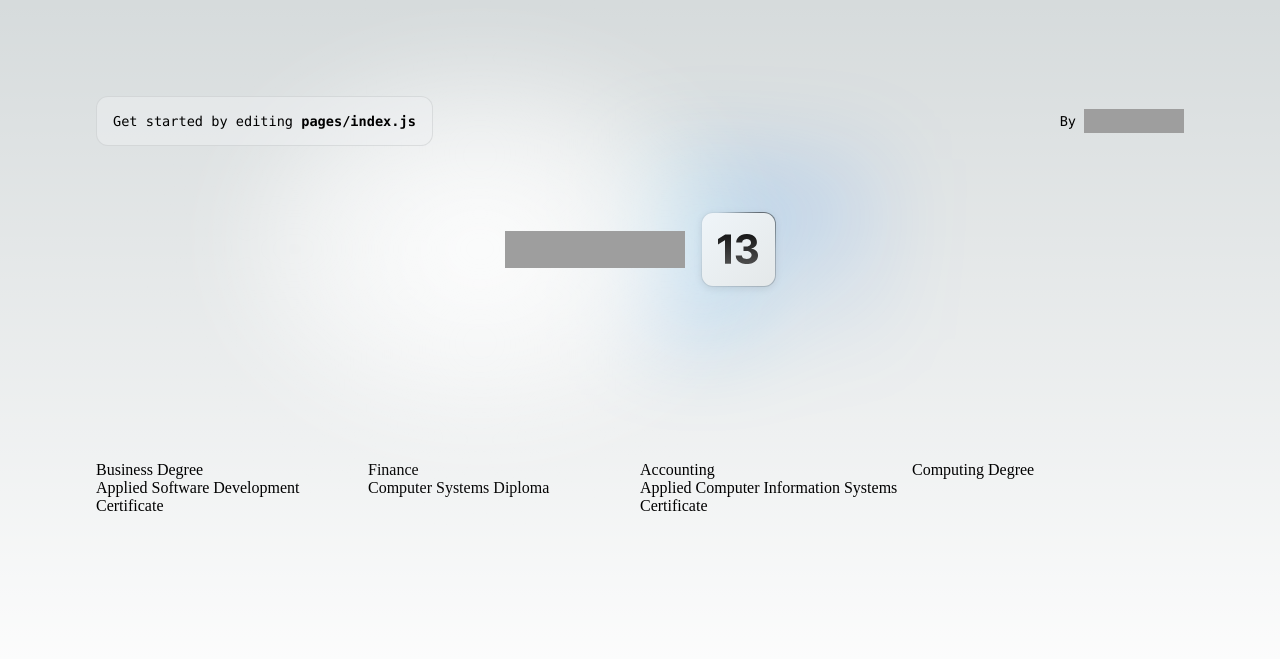
Repository: karthur1/class-example-3
Page: /
The author's editor kept a copy of each file at every save. The page is drawn from the files as they stood at one save, then again after the next save.
The browser window is 1280 px wide. The pictures show the whole page.
Pictures or frames that could not be fetched are drawn as grey boxes. The project was rebuilt for these pictures with package versions that can differ from the ones it lists, and the page was loaded fresh each time. The framework's server and built-in components were replaced by stand-ins that run in the browser. Also part of the build but not shown: next.config.js.

Above is the page before, as saved 2023-01-16 10:49:46.

After the next save:
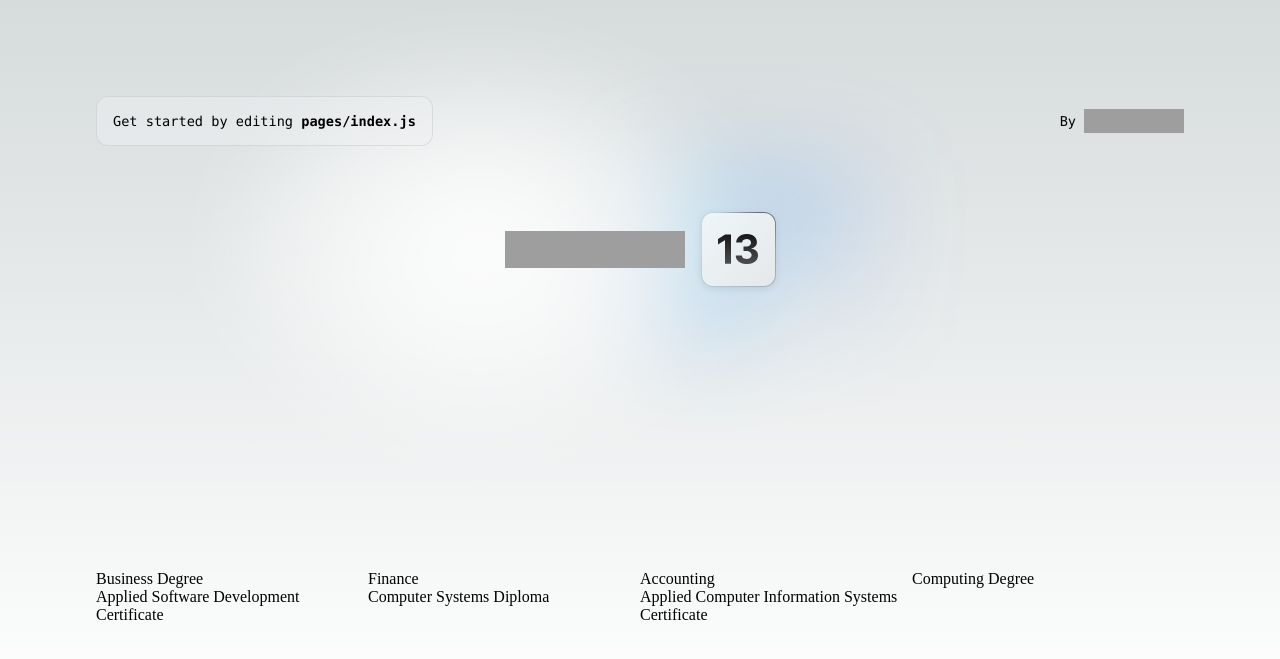
Saved 12 s later.
--- a/styles/Home.module.css
+++ b/styles/Home.module.css
@@ -44,7 +44,7 @@
   grid-template-columns: repeat(4, minmax(25%, auto));
   width: var(--max-width);
   max-width: 100%;
-  margin: 10%;
+  padding-top: 20%;
 }
 
 .card {
